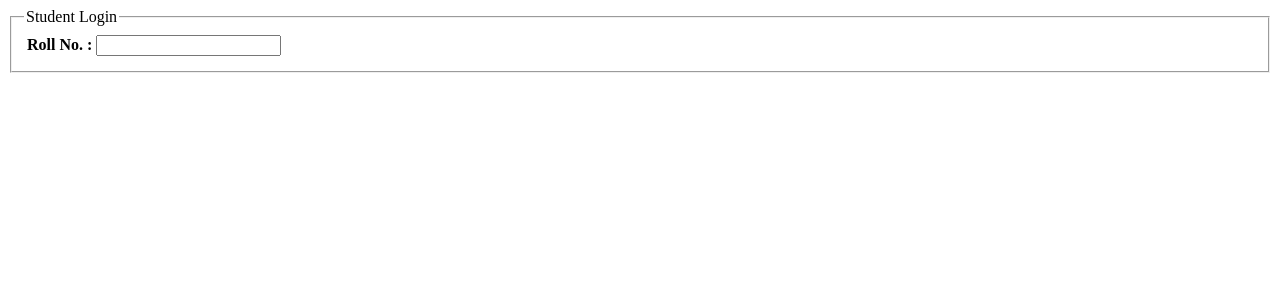
Repository: Harshithahamsa/java_practice
Page: http://localhost/student/login
The author's editor kept a copy of each file at every save. The page is drawn from the files as they stood at one save, then again after the next save.
The browser window is 1280 px wide. The pictures show the whole page.
The page is served by Tomcat 9.

Above is the page before, as saved 2022-01-27 13:13:29.

After the next save:
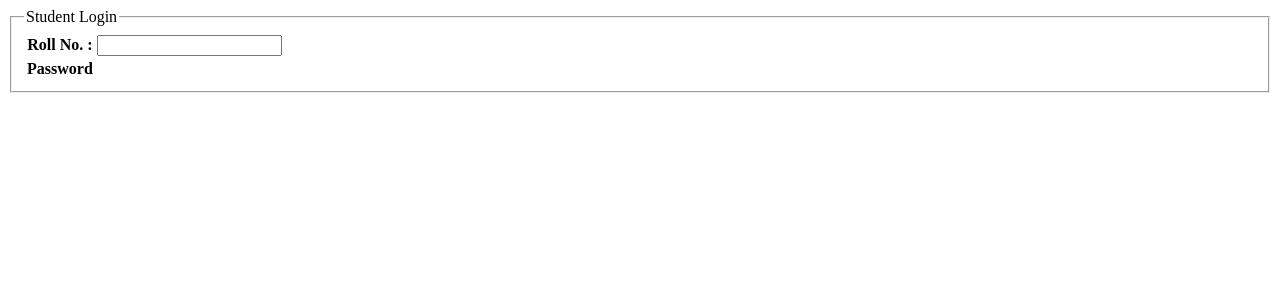
Saved 51 s later.
--- a/HibernateWithJPA/student/src/main/webapp/WEB-INF/views/login.jsp
+++ b/HibernateWithJPA/student/src/main/webapp/WEB-INF/views/login.jsp
@@ -15,7 +15,9 @@
 				<th> <label>Roll  No. : </label> </th>
 				<td> <input type="text" name="rollno"> </td>
 			 </tr>
-			 <tr> </tr>
+			 <tr>
+			 	<th> <label>Password</label> </th>
+			  </tr>
 		</table>
 
 	</fieldset>
